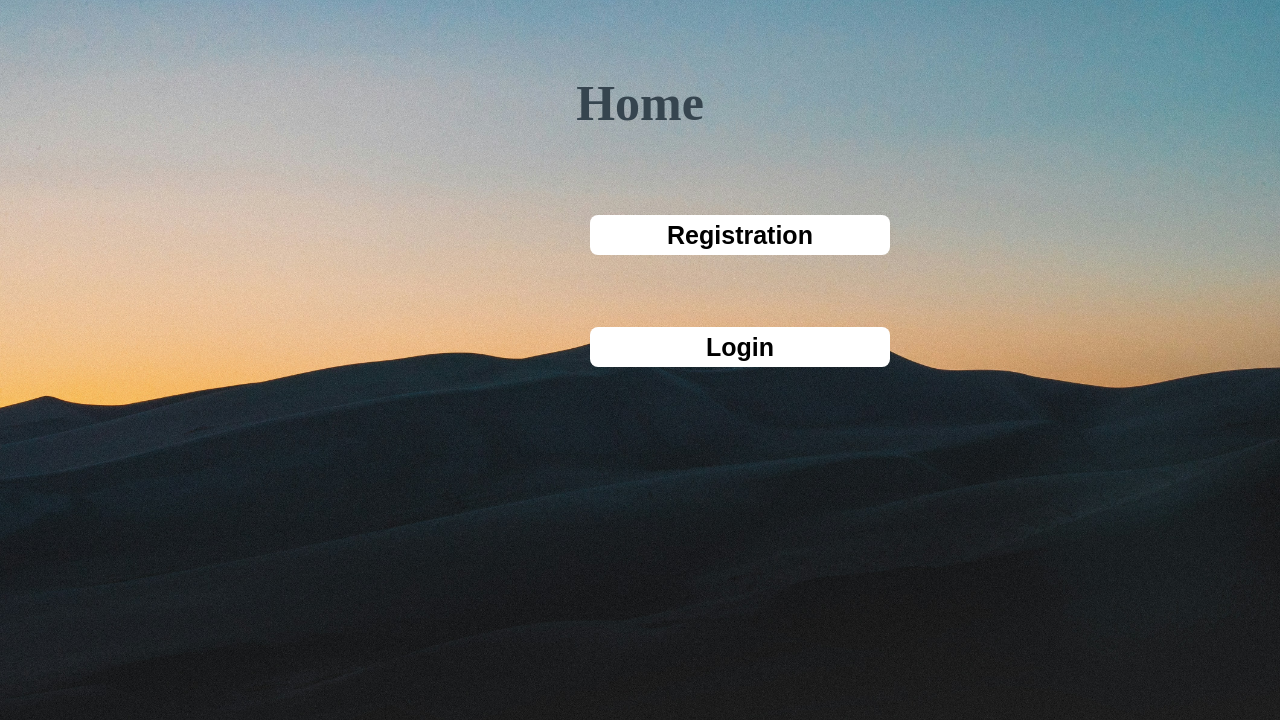
Repository: aboli-vyas/Servlet_Projects
Page: http://localhost/Sevlet_Project/
These files come from the project's save history. The page is drawn as it stood at one moment and after the next save; the edit follows.
The browser window is 1280 px wide. The pictures show the whole page.
The page is served by Tomcat 9.

Above is the page before, as saved 2025-06-09 16:06:08.

After the next save:
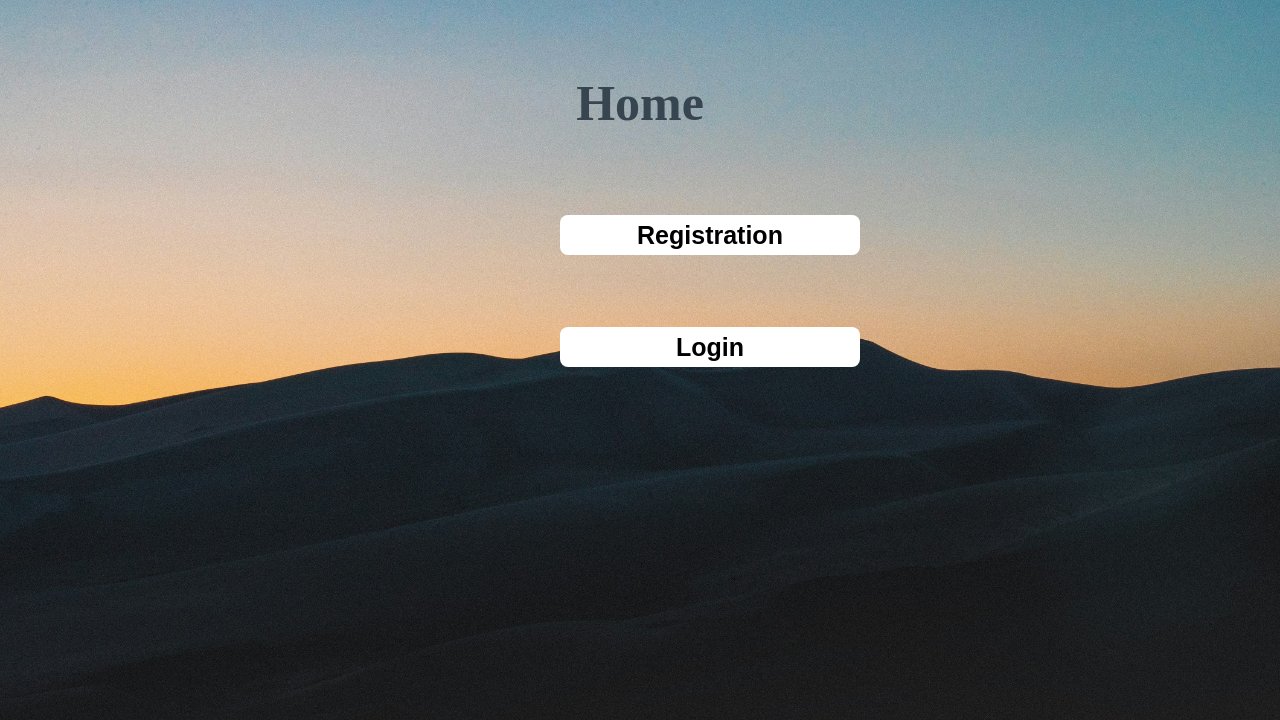
Saved 15 s later.
--- a/Sevlet_Project/src/main/webapp/style3.css
+++ b/Sevlet_Project/src/main/webapp/style3.css
@@ -19,7 +19,7 @@ button{
 	width:300px;
 	height: 40px;
 	margin-top: 50px;
-	margin-left: 550px;
+	margin-left: 520px;
 	background: white ;
     color: black;
     border: none;
